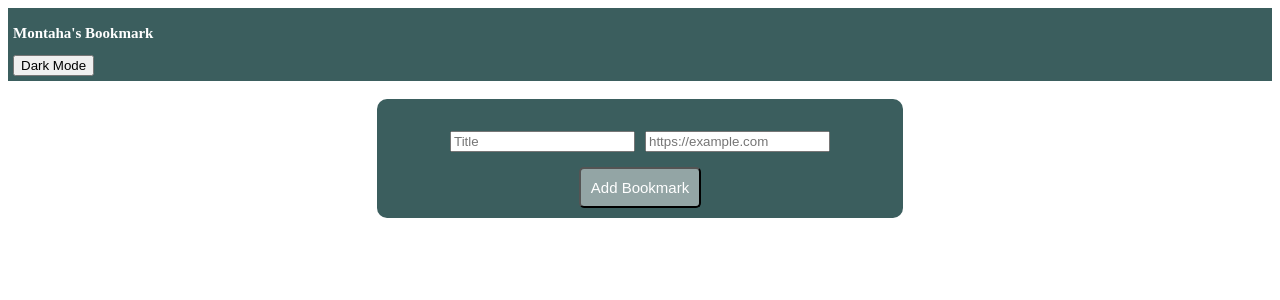
Repository: eidimontaha18-maker/finalproject
Page: index.html
The author's editor kept a copy of each file at every save. The page is drawn from the files as they stood at one save, then again after the next save.
The browser window is 1280 px wide. The pictures show the whole page.

Above is the page before, as saved 2025-11-26 01:05:41.

After the next save:
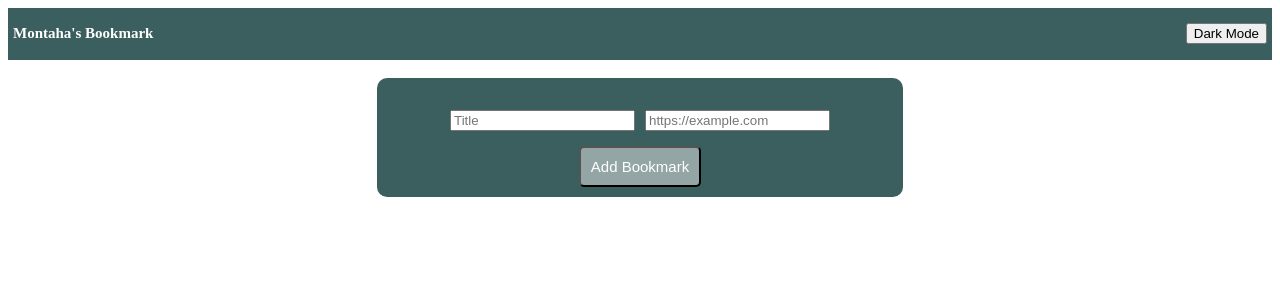
Saved 68 s later.
--- a/style.css
+++ b/style.css
@@ -24,6 +24,9 @@ nav{
     font-size: 10px;
     color: white;
     font-weight: bold;
+    display: flex;
+    justify-content: space-between;
+    align-items: center;
 }
 
 .bookmark-list{
